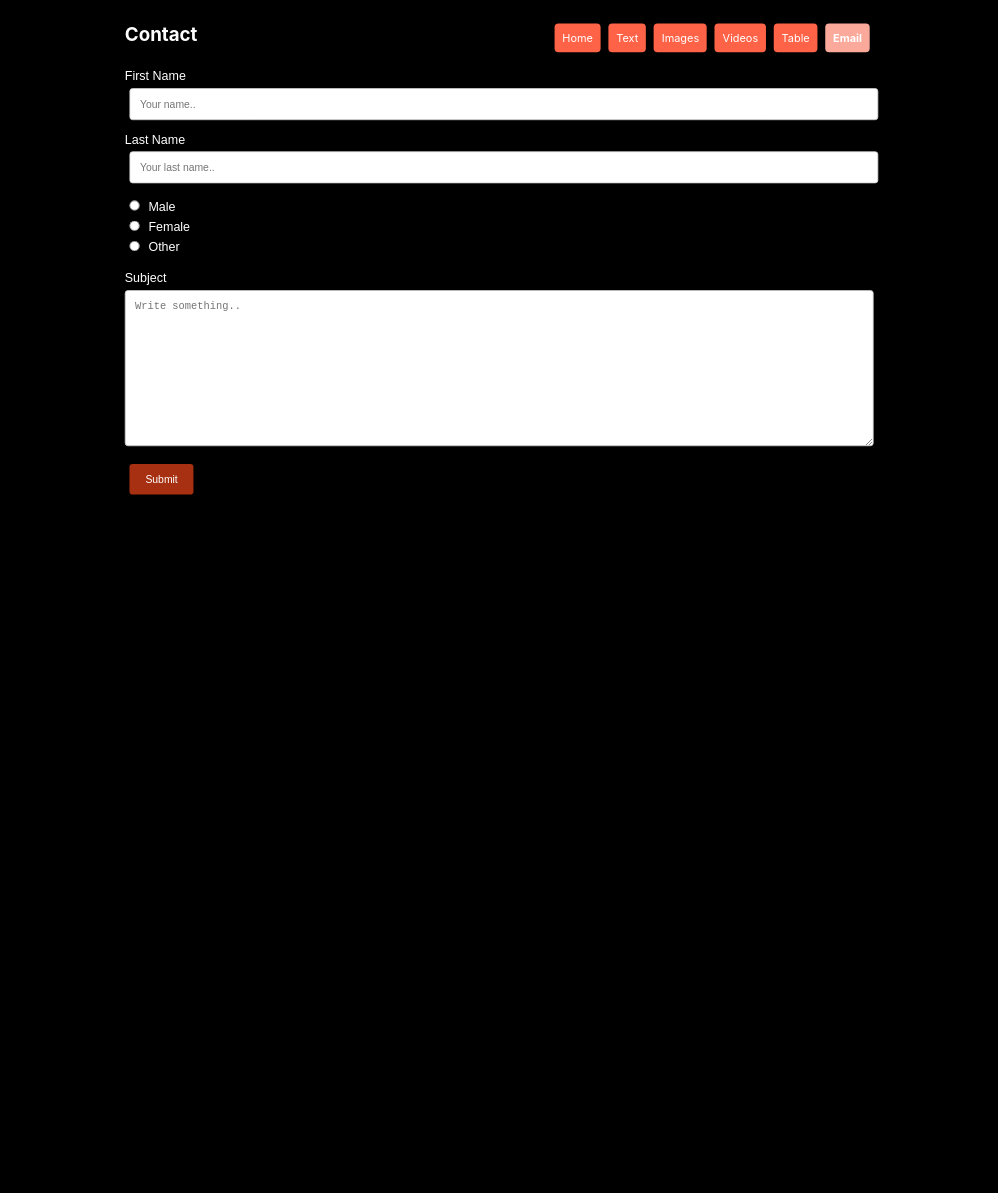
Repository: luhan68/personal_website
Page: text.html
An editor plug-in stored every save of this project. The page is shown before and after the next save, followed by the edit.
The browser window is 1280 px wide. The pictures show the whole page, at 78% of full size.

Above is the page before, as saved 2021-01-30 22:54:32.

After the next save:
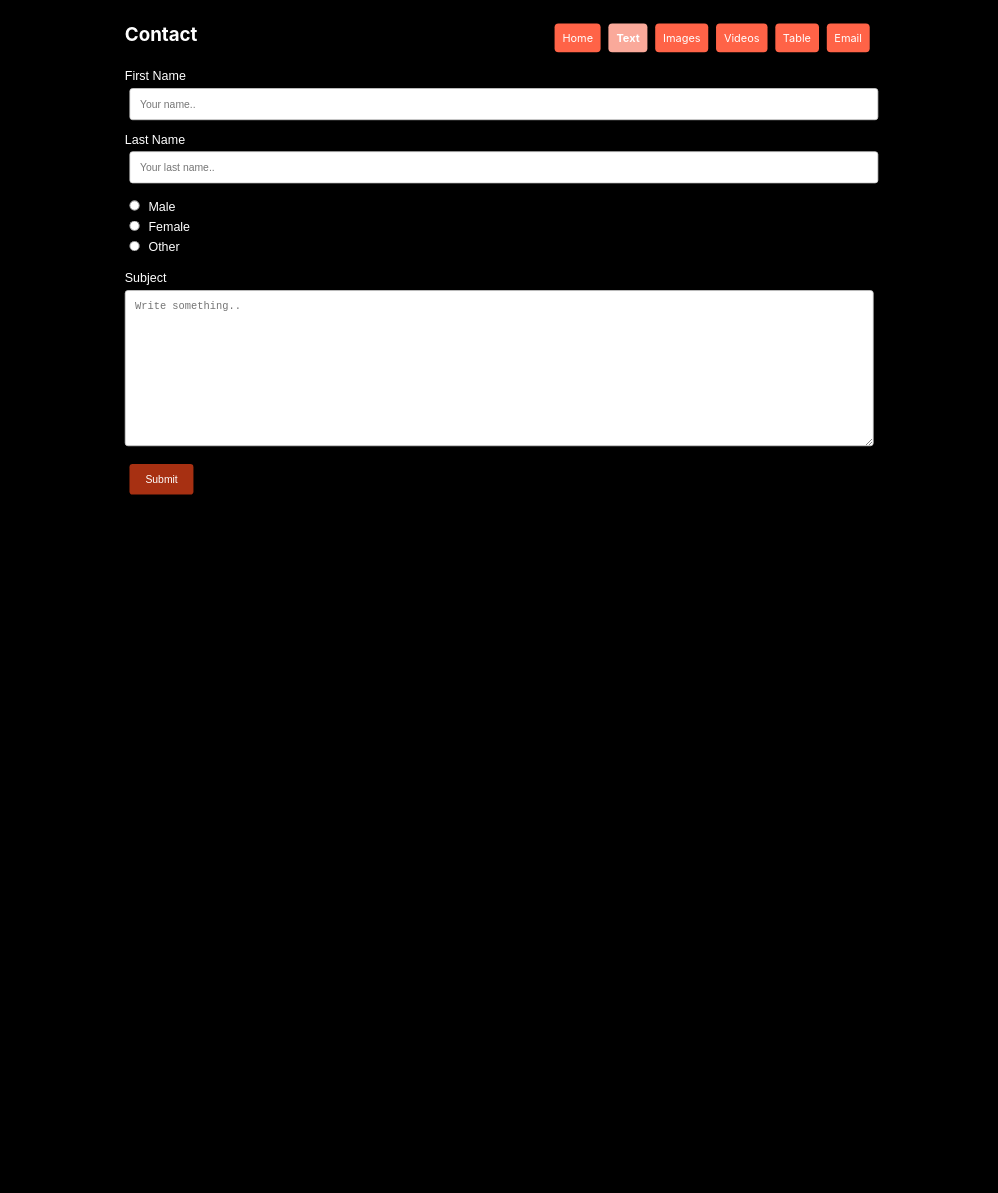
Saved 17 s later.
--- a/text.html
+++ b/text.html
@@ -4,11 +4,11 @@
       <div class="nav-bar">
           <ul>
               <li><a href="index.html">Home</a></li>
-              <li><a href="text.html">Text</a></li>
+              <li class="active-page"><a href="text.html">Text</a></li>
               <li><a href="image.html">Images</a></li>
               <li><a href="video.html">Videos</a></li>
               <li><a href="table.html">Table</a></li>
-              <li class="active-page"><a href="email.html">Email</a></li>
+              <li><a href="email.html">Email</a></li>
           </ul>
 
       </div>
